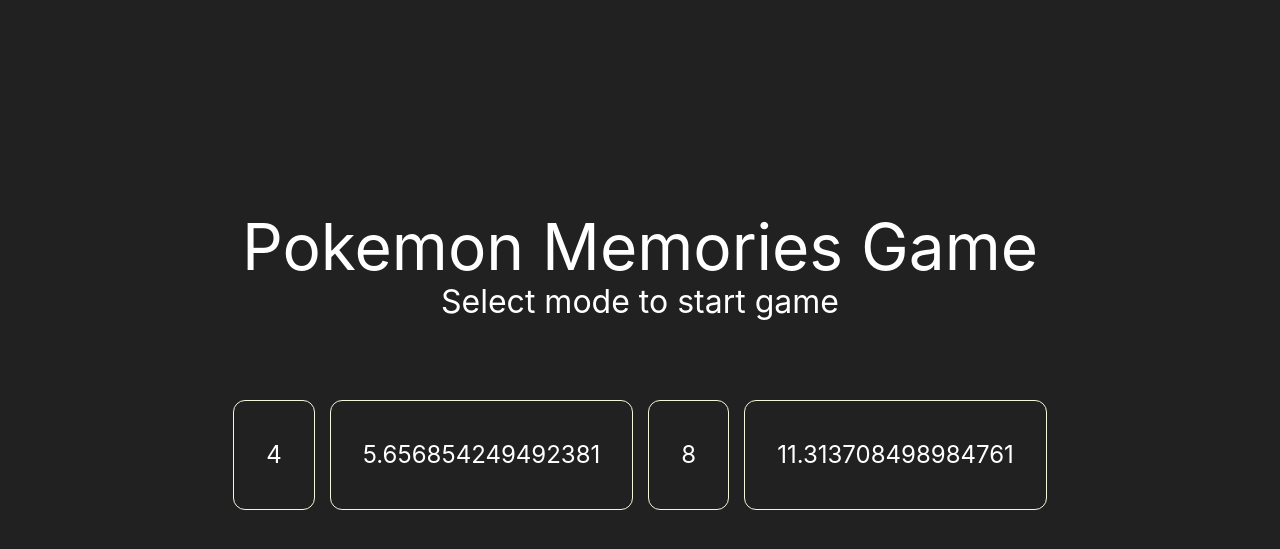
Repository: Kafierence/flip_card
Page: /
These files come from the project's save history. The page is drawn as it stood at one moment and after the next save; the edit follows.
The browser window is 1280 px wide. The pictures show the whole page.
The project was rebuilt for these pictures with package versions that can differ from the ones it lists, and the page was loaded fresh each time. Also part of the build but not shown: vite.config.js.

Above is the page before, as saved 2022-09-20 14:30:06.

### index.html
<!DOCTYPE html>
<html lang="en">
  <head>
    <meta charset="UTF-8" />
    <link rel="icon" href="/favicon.ico" />
    <meta name="viewport" content="width=device-width, initial-scale=1.0" />
    <title>Memories Game</title>
    <!--Normalize CDN -->
    <link rel="stylesheet" href="https://cdnjs.cloudflare.com/ajax/libs/normalize/8.0.1/normalize.min.css" integrity="sha512-NhSC1YmyruXifcj/KFRWoC561YpHpc5Jtzgvbuzx5VozKpWvQ+4nXhPdFgmx8xqexRcpAglTj9sIBWINXa8x5w==" crossorigin="anonymous" referrerpolicy="no-referrer" />
  </head>
  <body>
    <div id="app"></div>
    <script type="module" src="/src/main.js"></script>
  </body>
</html>

### src/main.js
import { createApp } from "vue";
import App from "./App.vue";

import "./assets/style/global.css";

const app = createApp(App);

app.mount("#app");

### src/App.vue
<script>
  import WelcomeVue from './views/Welcome.vue';
  export default{
    components:{
      WelcomeVue,
    }
    ,methods:{

    }
  }
</script>
<template>
  <welcome-vue />
</template>

### src/assets/style/global.css
body{
    font-family: Inter, -apple-system, BlinkMacSystemFont, 'Segoe UI', Roboto, Oxygen, Ubuntu,
    Cantarell, 'Fira Sans', 'Droid Sans', 'Helvetica Neue', sans-serif;

}
#app{
    background-color: #212121;
    height: 100vh;
    display: flex;
    justify-content: center;
    align-items: center;
    font-size: 15px;
}

### src/views/Welcome.vue
<script>
import BoxVue from '../components/Box.vue';


export default{
    components:{
        BoxVue
    }
}
</script>
<template>
    <div class="container">
        <div class="title_start">
            Pokemon Memories Game
        </div>
        <div class="title_select">
            Select mode to start game
        </div>
        <div class="mode_select">
            <box-vue :totalOfBlocks="16"/>
            <box-vue  :totalOfBlocks="32"/>
            <box-vue  :totalOfBlocks="64" />
            <box-vue  :totalOfBlocks="128"/>
        </div>
    </div>
</template>
<style scoped>
    .container{
       color: white;
       text-align: center;

    }
    .container .title_start{
        font-size: 4rem;
    }
    .container .title_select{
        font-size: 2rem;
    }
    .container .mode_select{
        margin-top: 5rem;
        display: flex;
        gap: 15px;
    }
</style>

### src/components/Box.vue
<script>
    export default{
        data(){
            return{

            }
        },
        props:{
            totalOfBlocks:{
                type:Number,
                require:true,
            }
        },
        methods:{
            onSelectMode(){
                console.log(this.totalOfBlocks)
            }
        }
    }
</script>
<template>
    <div class="box_container" @click="onSelectMode">
        <div class="box_content">
            <div class="box_title">
                {{
                    Math.sqrt(totalOfBlocks)
                }}
            </div>
        </div>
    </div>
</template>

<style scoped>
    .box_container{
       border: 1px solid beige;
       border-radius: 12px;
        transition: all .3s;
    }
    .box_container:hover{
        cursor: pointer;
        background-color: beige;
        color: black;
    }
    .box_content{
         display: flex;
        justify-content: center;
        align-content: center;
    }
    .box_title{
        padding: 2.5rem 2rem;
        font-size: 24px;
    }
</style>

After the next save:
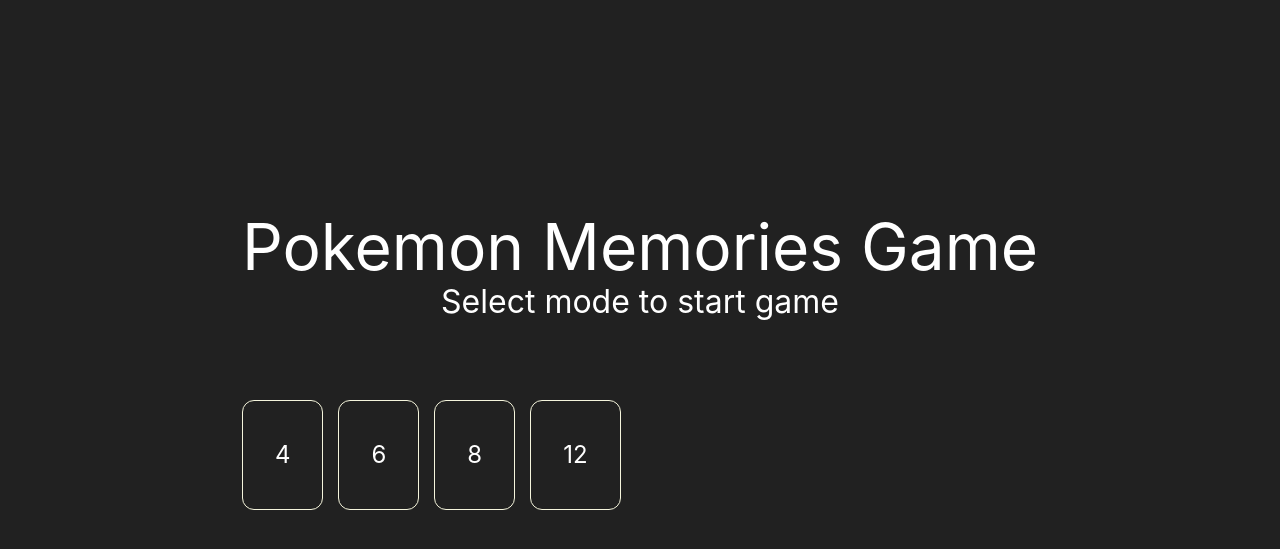
Saved 2 min 1 s later.
--- a/src/components/Box.vue
+++ b/src/components/Box.vue
@@ -23,7 +23,7 @@
         <div class="box_content">
             <div class="box_title">
                 {{
-                    Math.sqrt(totalOfBlocks)
+                   Math.ceil(Math.sqrt(totalOfBlocks))
                 }}
             </div>
         </div>
